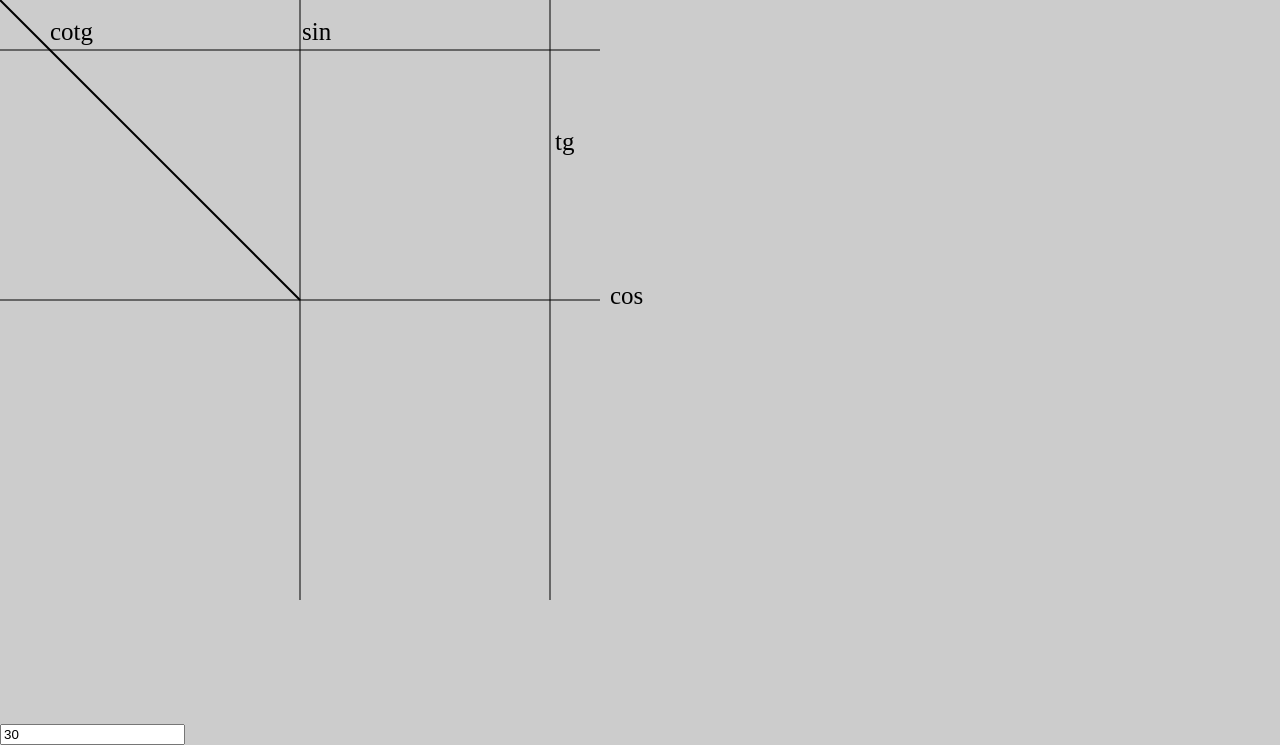
Repository: BraynStorm/braynstorm.github.io
Page: http://localhost/
These files come from the project's save history. The page is drawn as it stood at one moment and after a run of saves; the edit follows.
The browser window is 1280 px wide. The pictures show the whole page.
The page is run by PHP 8.4 with error messages shown; the project is at /var/www/html/.

Above is the page before, as saved 2015-02-24 20:57:59.

### JSDrawing/index.php
<!DOCTYPE html>
<html>
	<head>
		<meta charset="UTF-8">
		<title>Insert title here</title>
		<link rel="stylesheet" type="text/css" href="main.css"/>
		<script type="text/javascript" src="js/jquery-2.1.3.min.js"></script>
		<script type="text/javascript" src="js/swgDrawing.js"></script>

	</head>
	<body>
		<div id="content">
			<svg width="1000" height="1000">
				<circle id="mainCircle" cx="300" cy="300" r="250" fill="none" stroke="black" />
				<line x1="300" y1="0" x2="300" y2="600" style="stroke:rgb(0,0,0);stroke-width:1;" id="sinLine" />
				<line x1="0" y1="300" x2="600" y2="300" style="stroke:rgb(0,0,0);stroke-width:1;" id="cosLine" />

				<line x1="550" y1="0" x2="550" y2="600" style="stroke:rgb(0,0,0);stroke-width:1;" id="tgLine" />
				<line x1="0" y1="50" x2="600" y2="50" style="stroke:rgb(0,0,0);stroke-width:1;" id="cotgLine" />

				<text x="610" y="304" style="font-size:25px;">cos</text>
				<text x="302" y="40" style="font-size:25px;">sin</text>
				<text x="555" y="150" style="font-size:25px;">tg</text>
				<text x="50" y="40" style="font-size:25px;">cotg</text>


				<!--  THE ANGLE -->

				<line id="angle" x1="300" y1="300" x2="0" y2="0" style="stroke:rgb(0,0,0);stroke-width:2;" />


			</svg>

			<input type="text" value="30" id="angleBox" />
		</div>
	</body>
</html>

### JSDrawing/main.css
@CHARSET "UTF-8";

body{
	background-color: #CCC;
	padding: 0;
	margin: 0;
	overflow: hidden;
	font-family: mono;
}

svg{
	margin-top: 0px;
}


#menu{
	position: fixed;
	bottom: 0px;
	left:0px;

	height: 50px;
	width : 100%;
	border : 1px solid black;
}

### JSDrawing/js/swgDrawing.js
$(document).ready(function (){
	var angleBox	= $("#angleBox");
	var radiusBox	= $("#radiusBox");
	var beginX		= window.innerWidth/2;
	var beginY		= window.innerHeight/2;

	var sinColor = "#00AA00";
	var cosColor = "#0000AA";
	var tgColor = "#00AAAA";
	var cotgColor = "#AA0000";

	var radius		= 100;

	var svg			= $('svg');

	var circle		= $('#mainCircle');
	var showAdditions = $("#showAdditions");

	var sinAxis 	= $("#sinAxis");
	var cosAxis		= $("#cosAxis");
	var tgAxis		= $("#tgAxis");
	var cotgAxis	= $("#cotgAxis");

	var sinTxt 		= $("#sinTxt");
	var cosTxt		= $("#cosTxt");
	var tgTxt		= $("#tgTxt");
	var cotgTxt		= $("#cotgTxt");



	var angleArm	= $("#angleArm");
	var angleArc	= $("#angleArc");

	var projectionSin = $("#projectionSin");
	var projectionCos = $("#projectionCos");

	var projectionSinTxt = $("#projectionSinTxt");
	var projectionCosTxt = $("#projectionCosTxt");
	radiusBox.keypress(function (){
		init();
	});

	function init(){
		radius = parseInt(radiusBox.val());
		svg.css({
			width:  window.innerWidth,
			height: window.innerHeight
		});

		circle.attr({
			cx : beginX,
			cy : beginY,
			r : radius
		});

		sinAxis.attr({
			x1: beginX,
			y1: 0,
			x2: beginX,
			y2: window.innerHeight,
			stroke: sinColor
		});


		cosAxis.attr({
			x1: 0,
			y1: beginY,
			x2: window.innerWidth,
			y2: beginY,
			stroke: cosColor
		});


		tgAxis.attr({
			x1: beginX + radius,
			y1: 0,
			x2: beginX + radius,
			y2: window.innerHeight,
			stroke: tgColor
		});

		cotgAxis.attr({
			x1: 0,
			y1: beginY - radius,
			x2: window.innerWidth,
			y2: beginY - radius,
			stroke: cotgColor
		});

		angleArm.attr({
			x1: beginX,
			y1: beginY
		});

		sinTxt.attr({
			x: beginX + 10,
			y: beginY - radius - 10,
			fill: sinColor
		});

		cosTxt.attr({
			x: beginX + radius + 10,
			y: beginY - 10,
			fill: cosColor
		})

		tgTxt.attr({
			x: beginX + radius + 10,
			y: beginY - (radius/2),
			fill: tgColor
		});

		cotgTxt.attr({
			x: beginX + (radius / 2),
			y : beginY - radius - 10,
			fill: cotgColor
		});


		projectionSin.attr({
			x1: beginX,
			y1: beginY,
			x2: beginX,
			y2: beginY,
			stroke: sinColor
		});

		projectionCos.attr({
			x1: beginX,
			y1: beginY,
			x2: beginX,
			y2: beginY,
			stroke: cosColor
		});


		projectionSinTxt.attr({
			fill: sinColor
		});

		projectionCosTxt.attr({
			fill: cosColor
		});

	};

	showAdditions.click(function (){
		if(showAdditions.is(":checked")){
			projectionSin.attr("stroke-width","2");
			projectionCos.attr("stroke-width","2");
			projectionSinTxt.attr("fill", sinColor);
			projectionCosTxt.attr("fill", cosColor);
		}else{
			projectionSin.attr("stroke-width","0");
			projectionCos.attr("stroke-width","0");
			projectionSinTxt.attr("fill", "none");
			projectionCosTxt.attr("fill", "none");
		}
	});

	init();

	var angle = 0;

	var animator;

	animateAngle();

	function animateAngle(){
		var toAngle = parseInt(angleBox.val());

		if(angle-toAngle > 0){
			angle -= 1;
		}else if (angle-toAngle < 0){
			angle += 1;
		}

		var radians = angle * (Math.PI / 180);

		x = beginX + (Math.cos(radians) * radius);
		y = beginY - (Math.sin(radians) * radius);

		var xb = beginX + (Math.cos(radians) * radius * 4);
		var yb = beginY - (Math.sin(radians) * radius * 4);

		projectionCos.attr({
			x2: x,
			y1: y,
			y2: y
		});

		projectionSin.attr({
			x1: x,
			x2: x,
			y2: y
		});


		angleArm.attr("x2", xb);
		angleArm.attr("y2", yb);

		angleArc.attr("d", describeArc(beginX, beginY, radius/5, 90-angle, 90));


		animator = setTimeout(animateAngle, 15);
	}

	function describeArc(x, y, radius, startAngle, endAngle){

	    var start = polarToCartesian(x, y, radius, endAngle);
	    var end = polarToCartesian(x, y, radius, startAngle);

	    var arcSweep = endAngle - startAngle <= 180 ? "0" : "1";

	    var d = [
	        "M", start.x, start.y,
	        "A", radius, radius, 0, arcSweep, 0, end.x, end.y
	    ].join(" ");

	    return d;
	}
	function polarToCartesian(centerX, centerY, radius, angleInDegrees) {
		  var angleInRadians = (angleInDegrees-90) * Math.PI / 180.0;

		  return {
		    x: centerX + (radius * Math.cos(angleInRadians)),
		    y: centerY + (radius * Math.sin(angleInRadians))
		  };
		}

});

Loaded but not shown: JSDrawing/js/jquery-2.1.3.min.js (library)

After the next 2 saves:
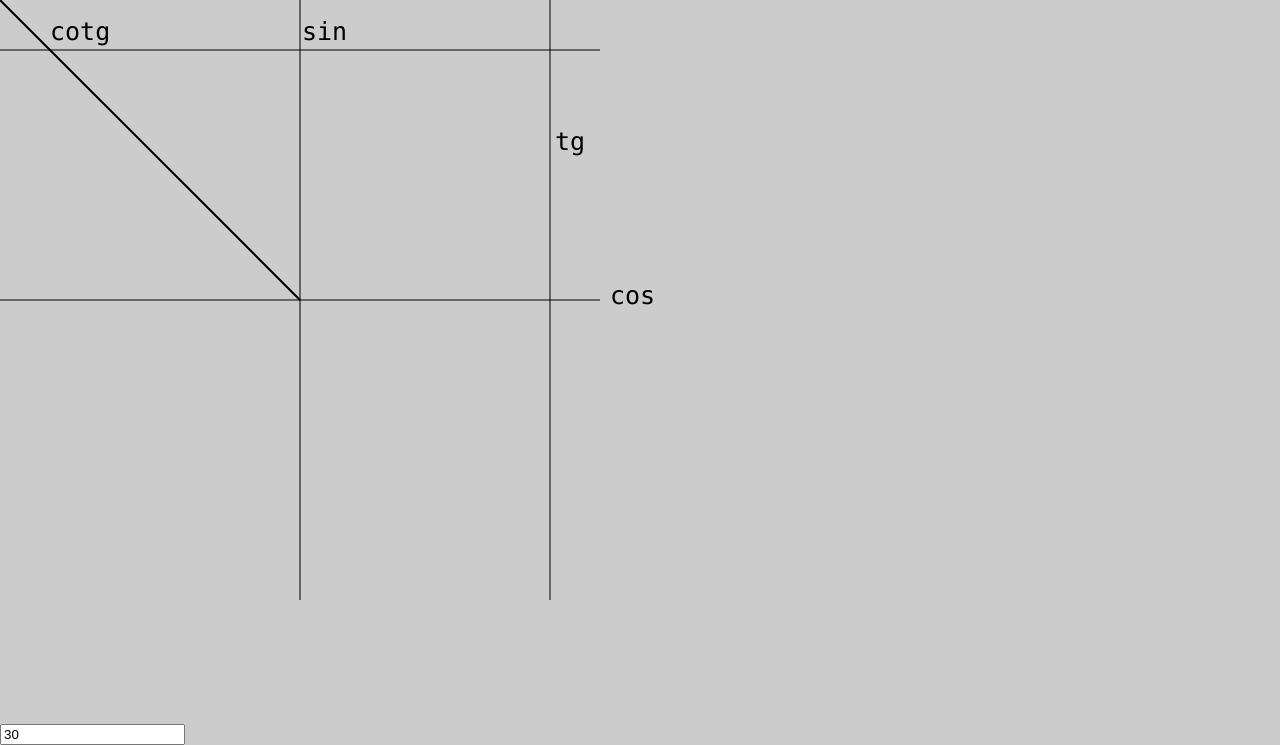
The 2 saves are shown as one change because they came seconds apart.
The last was saved 6 s later.
--- a/JSDrawing/main.css
+++ b/JSDrawing/main.css
@@ -5,7 +5,7 @@
 	padding: 0;
 	margin: 0;
 	overflow: hidden;
-	font-family: mono;
+	font-family: Consolas, mono;
 }
 
 svg{

After the save that followed:
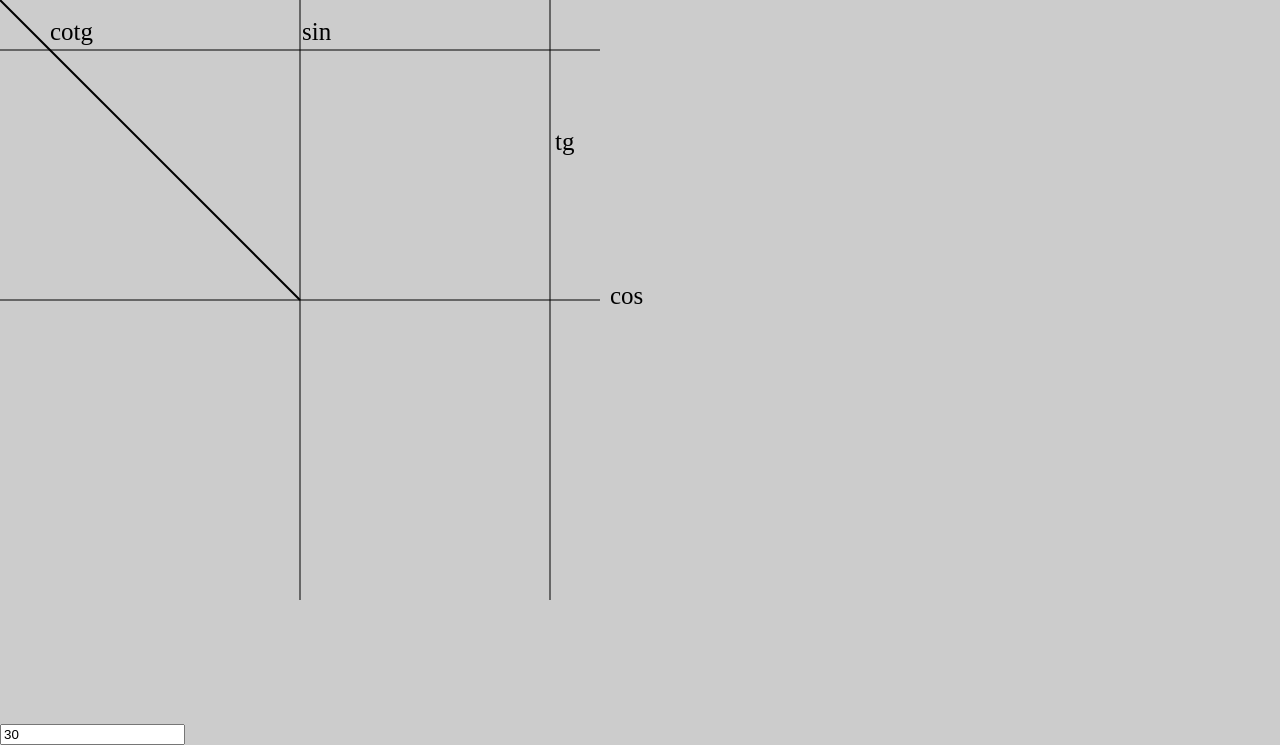
Saved 18 s later.
--- a/JSDrawing/main.css
+++ b/JSDrawing/main.css
@@ -5,7 +5,7 @@
 	padding: 0;
 	margin: 0;
 	overflow: hidden;
-	font-family: Consolas, mono;
+	font-family: Droid Sans, mono;
 }
 
 svg{
